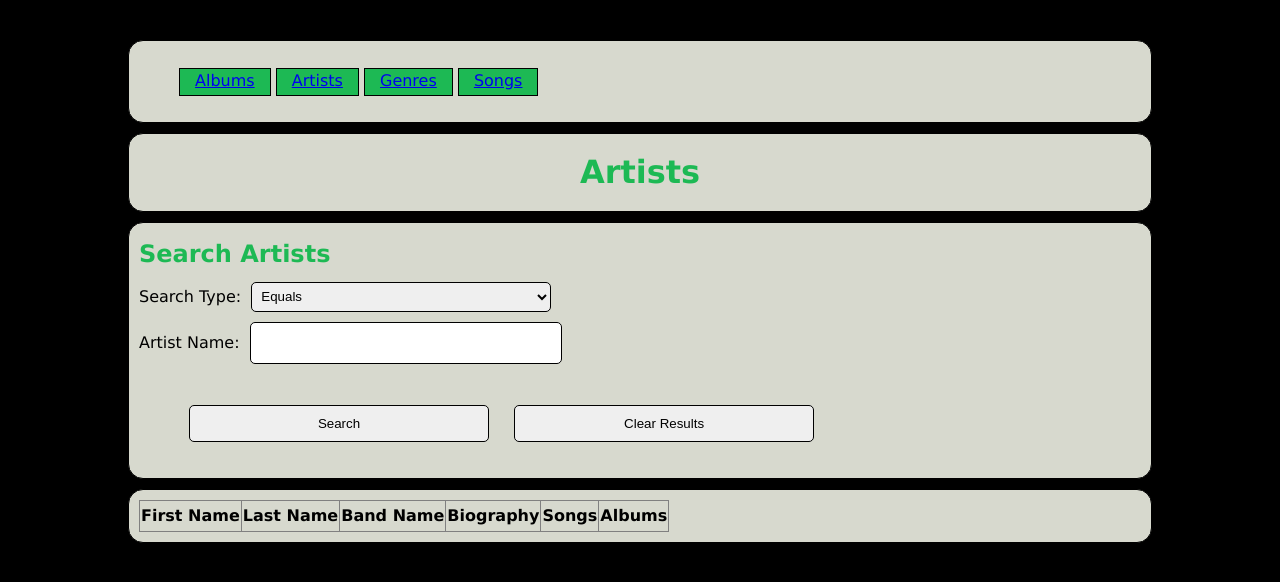
Repository: RRGTHWAR/bkg16_INFSCI1017
Page: bkg16_Music_FinalProject/WebContent/artist.html
These files come from the project's save history. The page is drawn as it stood at one moment and after the next save; the edit follows.
The browser window is 1280 px wide. The pictures show the whole page.

Above is the page before, as saved 2019-04-18 01:25:13.

### bkg16_Music_FinalProject/WebContent/artist.html
<!DOCTYPE html>
<html>
<head>
<meta charset="UTF-8">
<title>Artists</title>
<link href="css/style.css" rel="stylesheet" type="text/css" />
<script src="js/jquery-3.3.1.min.js"></script>
</head>
<body>
	<div id="navBar">
		<ul>
			<li><a href="album.html" title="Albums">Albums</a></li>
			<li><a href="artist.html" title="Artists">Artists</a></li>
			<li><a href="genre.html" title="Genres">Genres</a></li>
			<li><a href="song.html" title="Songs">Songs</a></li>
		</ul>
	</div>
	<h1 id="mainHeader" >Artists</h1>
	<div id="artistSearch" class="searchBox" >
		<h2>Search Artists</h2>
		<div>
			Search Type:
			<select name="searchType" id="searchType" class="textField">
				<option value="equals">Equals</option>
				<option value="begins">Begins</option>
				<option value="ends">Ends</option>
				<option value="contains">Contains</option>
				<option value="">All</option>
			</select>
		</div>
		<div>
			Artist Name: <input type="text" id="artistName" name="artistName" value="" class="textField" />
		</div>
		<div id="btns" >
			<ul>
				<li><input type="button" id="btnSearch" name="btnSubmit" class="actButton" value="Search" /></li>
				<li><input type="button" id="btnClear" name ="btnClear" class="actButton" value="Clear Results" /></li>
			</ul>
		</div>
	</div>

	<div id="searchResults">
		<div id="targetName" ></div>
		<table border="1" id="tblSearchResults">
			<tr>
				<th>First Name</th>
				<th>Last Name</th>
				<th>Band Name</th>
				<th>Biography</th>
				<th>Songs</th>
				<th>Albums</th>
			</tr>
		</table>
	</div>

	</body>
	<script>

		$(document).ready(function (){

			// Check for song ID in address (which would mean the page was reached via a song link).
			// If song ID exists, retrieve song title via SongWS.
			if (window.location.href.indexOf("?songID=") > -1) {
				var addy = window.location.href;
				var songID = addy.substring(addy.indexOf("=") + 1);
				var songTitle = ""
					var url = "SongWS?songID=" + songID;
					$.get(url, function(resp) {
						songTitle = resp.title;
						// Add h2 with song title.
						var targetName = "<h2>Song Title: " + songTitle + "</h2>";
						$("#targetName").append(targetName);
					});
				// Pull list of artists associated with target song.
				var url = "ArtistListWS?songID=" + songID;
				$.get(url, function(resp){
					parseArtistData(resp);
				})
			};

			// Check for album ID in address (which would mean the page was reached via an album link).
			// If song ID exists, retrieve song title via SongWS.
			if (window.location.href.indexOf("?albumID=") > -1) {
				var addy = window.location.href;
				var albumID = addy.substring(addy.indexOf("=") + 1);
				var albumTitle = ""
					var url = "AlbumWS?albumID=" + albumID;
					$.get(url, function(resp) {
						albumTitle = resp.title;
						// Add h2 with album title.
						var targetName = "<h2>Album Title: " + albumTitle + "</h2>";
						$("#targetName").append(targetName);
					});
				// Pull list of artists associated with target album.
				var url = "ArtistListWS?albumID=" + albumID;
				$.get(url, function(resp){
					parseArtistData(resp);
				})
			};

			// Load "Clear" button functionality.
			$("#btnClear").click(function (){
				clearResultsTable();
			});

			// Load "Search" button functionality.
			$("#btnSearch").click(function (){
				search();
			});

			// Autocomplete listener that activates if more than two characters have bene entered in search term field.
			$("#artistName").keyup(function(){
				var keyPressed = $("#artistName").val();
				if(keyPressed.length > 2) {
					search();
				} else {
					clearResultsTable();
				}
			});
		});

		// Main search function.
		function search(optSearchType) {
			clearResultsTable();
			var artistName = $("#artistName").val();
			var searchType = "";
			// Logic for dealing with optional parameters.
			if(optSearchType === undefined) {
				var searchType = $("#searchType").val();
			} else{
				searchType = optSearchType;
			}
			var url = "ArtistListWS?artistName=" + artistName + "&searchType=" + searchType;
			$.get(url, function(resp){
				parseArtistData(resp);
			})
		}

		function parseArtistData(data){
			var result = "";

			for(var i=0; i < data.length; i++) {
				var tr = $("<tr></tr>"); //Created empty html table row

				//First data cell
				var td = $("<td></td>"); //Created empty html table data
				td.html(data[i].first_name);
				tr.append(td);

				//Second data cell
				td = $("<td></td>");
				td.html(data[i].last_name);
				tr.append(td);

				//Third data cell
				td = $("<td></td>");
				td.html(data[i].band_name);
				tr.append(td);

				//Fourth data cell
				td = $("<td></td>");
				td.html(data[i].bio);
				tr.append(td);

				//Fifth data cell
				td = $("<td class='songLink'></td>");
				var link = "<a href='song.html?artistID=" + data[i].artist_id + "'>View Songs</a>";
				td.html(link);
				tr.append(td);

				//Sixth data cell
				td = $("<td class='albumLink'></td>");
				var link = "<a href='album.html?artistID=" + data[i].artist_id + "'>View Albums</a>";
				td.html(link);
				tr.append(td);

				//Append row to table
				$("#tblSearchResults").append(tr);
			}

		}

		// Function to clear results table when necessary.
		// Source: https://stackoverflow.com/questions/2620181/clear-table-jquery
		function clearResultsTable() {
			$("#tblSearchResults td").parent().remove();
			$("#targetName").remove();
		}

		// Function to make pressing "Enter" the same as clicking "Search."
		//Source: https://memorynotfound.com/detect-enter-keypress-javascript-jquery/
		$(document).keypress(function(e) {
			var keycode = (e.keyCode ? e.keyCode : e.which);
			if (keycode == '13') {
				$("#btnSearch").click();
			}
		});

	</script>
</html>

### bkg16_Music_FinalProject/WebContent/css/style.css
@charset "UTF-8";

html, body {
	background-color: black;
}

body {
	font-family: Verdana, Geneva, sans-serif;
	font-size: 100%;
	width: 80%;
	margin-right: auto;
	margin-left: auto;
	padding: 2.5% 2.5% 0;
	line-height: 1.8;
}

h1, h2, h3, h4, h5, h6, p {
	margin: 0;
	padding: 0;
}

h1, h2, h3, h4, h5, h6 {
	color: #1DB954;
}

p {
	margin-bottom: 1em;
}

#navBar {
	background-color: #D7D9CE;
	border: 1px solid #000;
	padding: 10px;
	border-radius: 15px;
}

#navBar ul li {
	background-color: #1DB954;
	margin-left: 0;
	margin-bottom: 10px;
	padding: 2px 15px 5px;
	border: 1px solid #000;
	list-style: none;
	display: inline;
}

#mainHeader {
	background-color: #D7D9CE;
	border: 1px solid #000;
	padding: 10px;
	margin-top: 10px;
	border-radius: 15px;
	text-align: center;
}

.searchBox {
	background-color: #D7D9CE;
	border: 1px solid #000;
	padding: 10px;
	margin-top: 10px;
	border-radius: 15px;
	margin-bottom: 10px;
}

.textField {
	border: 1px solid #000;
	border-radius: 5px;
	padding: 5px;
	margin: 5px;
	width: 300px;
	height: 30px;
}

#searchResults {
	background-color: #D7D9CE;
	border: 1px solid #000;
	padding: 10px;
	margin-top: 10px;
	border-radius: 15px;
	display: block;
	margin: 0 auto;
}

#btns ul li {
	padding: 10px;
	margin-top: 10px;
	border-radius: 15px;
	text-align: center;
	list-style: none;
	display: inline-block;
}

input[type=button] {
	border: 1px solid #000;
	padding: 10px;
	border-radius: 5px;
	display: inline-block;
	margin: 0 auto;
	width: 300px;
}

#tblSearchResults {
	border-collapse: collapse;
}

#tblSearchResults tr th td {
	border: 1px solid #000;
	padding: 5px;
	border-collapse: collapse;
	display: inline-block;
	margin: 0 auto;
	text-align: center;
}

Loaded but not shown: bkg16_Music_FinalProject/WebContent/js/jquery-3.3.1.min.js (library)

After the next save:
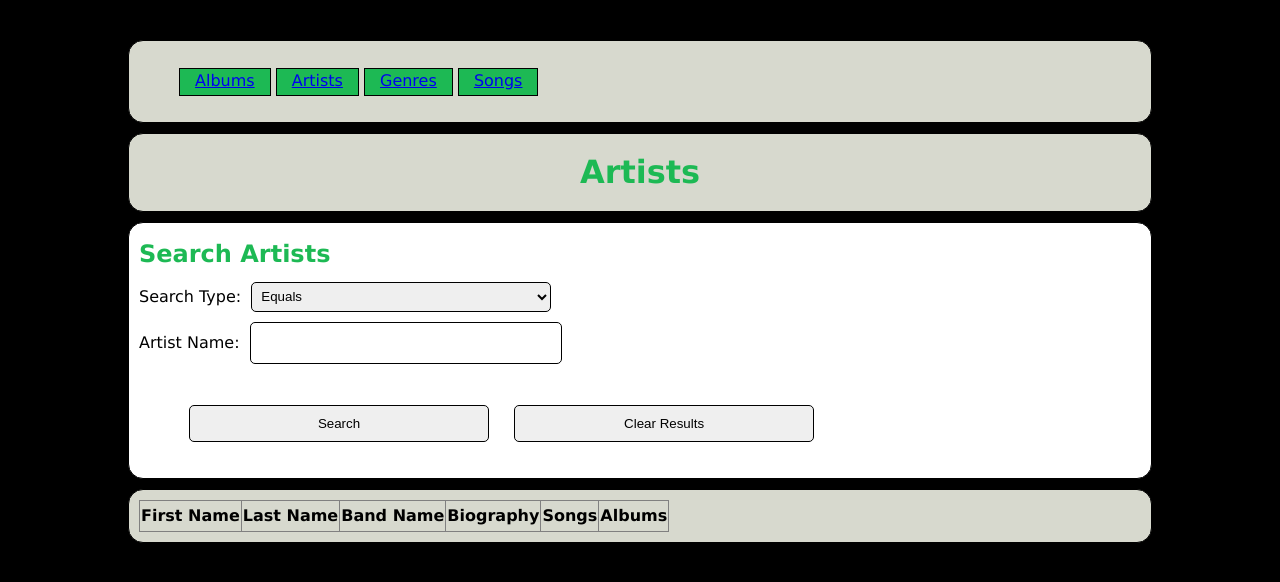
Saved 25 s later.
--- a/bkg16_Music_FinalProject/WebContent/css/style.css
+++ b/bkg16_Music_FinalProject/WebContent/css/style.css
@@ -54,7 +54,7 @@
 }
 
 .searchBox {
-	background-color: #D7D9CE;
+	background-color: #FFFFFF;
 	border: 1px solid #000;
 	padding: 10px;
 	margin-top: 10px;

After the save that followed:
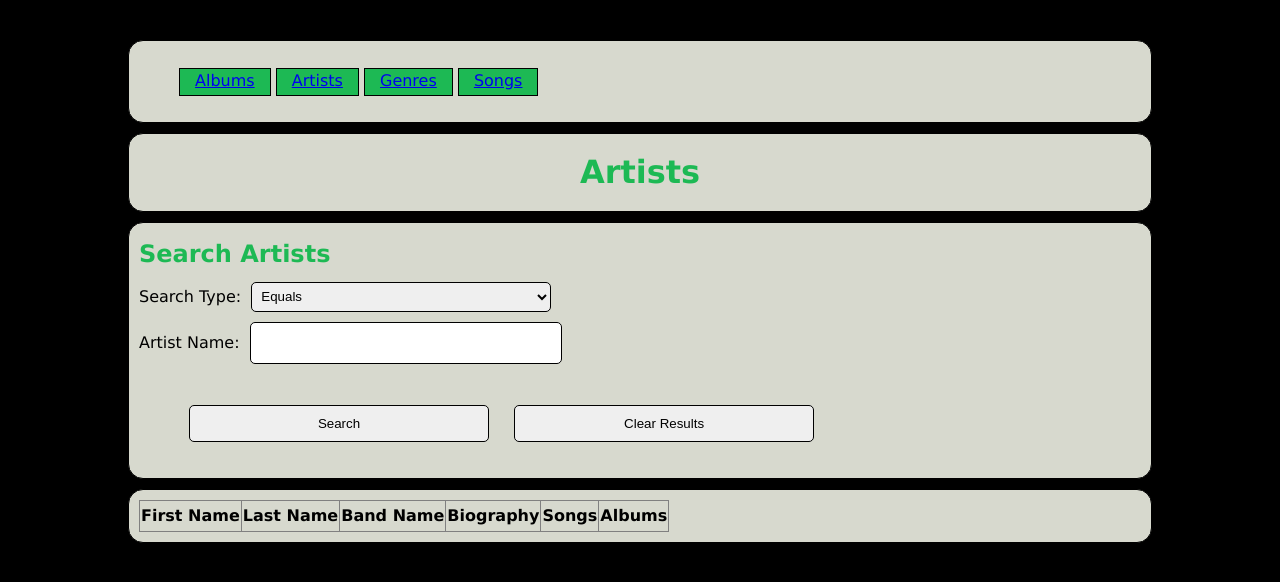
Saved 52 s later.
--- a/bkg16_Music_FinalProject/WebContent/css/style.css
+++ b/bkg16_Music_FinalProject/WebContent/css/style.css
@@ -54,7 +54,7 @@
 }
 
 .searchBox {
-	background-color: #FFFFFF;
+	background-color: #D7D9CE;
 	border: 1px solid #000;
 	padding: 10px;
 	margin-top: 10px;
